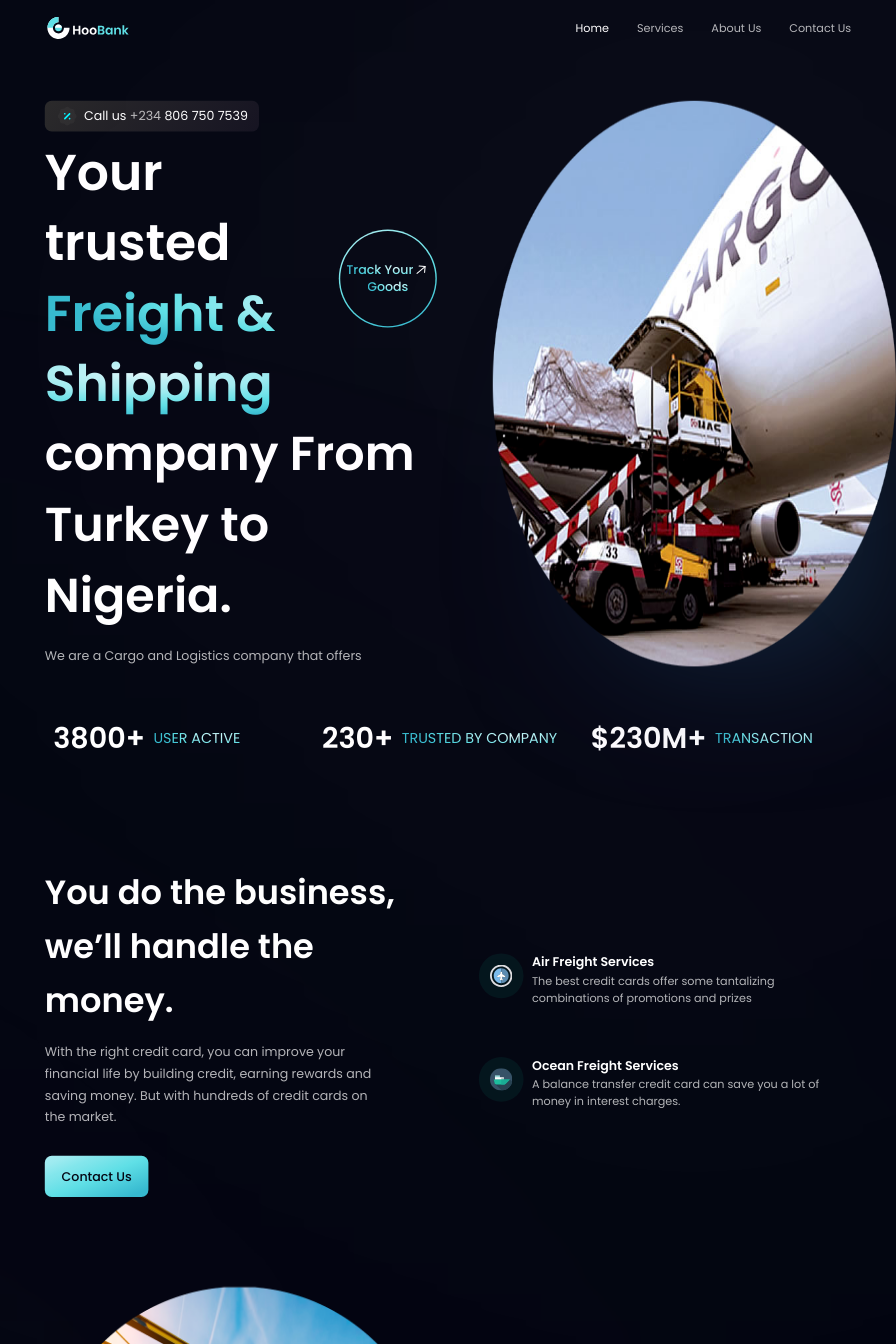
Repository: Miracleoluebube/captionlogistics
Page: /
The author's editor kept a copy of each file at every save. The page is drawn from the files as they stood at one save, then again after a run of saves.
The browser window is 1280 px wide. The pictures show the part of the page from y = 0 to 1920 px (the page is 5255 px tall before and 5286 px after), at 70% of full size.
The project was rebuilt for these pictures with package versions that can differ from the ones it lists, and the page was loaded fresh each time. Also part of the build but not shown: vite.config.js.

Above is the page before, as saved 2022-10-02 12:35:17.

After the next 2 saves:
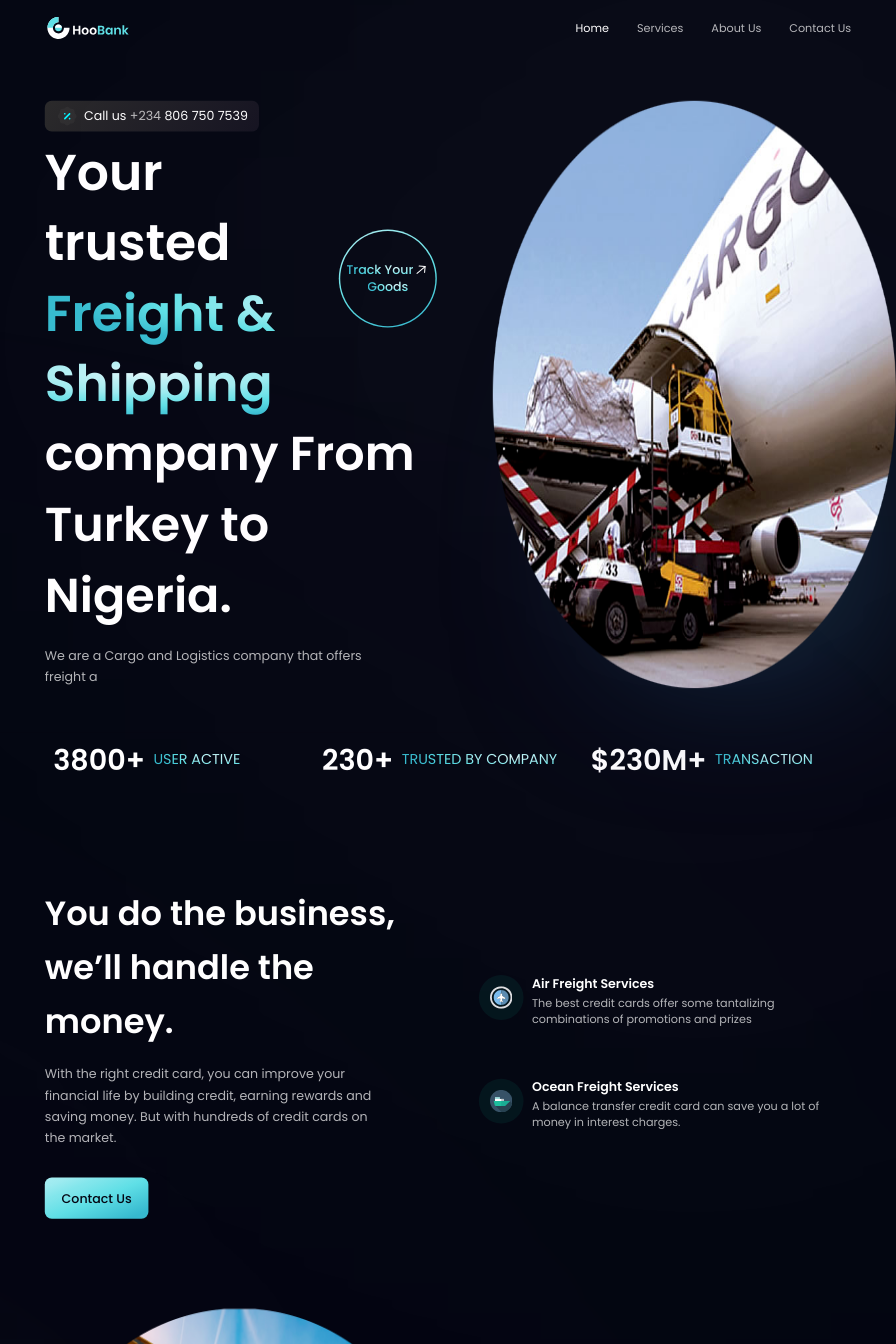
The 2 saves are shown as one change because they came seconds apart.
The last was saved 7 s later.
--- a/src/components/Hero.jsx
+++ b/src/components/Hero.jsx
@@ -28,7 +28,7 @@
   company From Turkey to Nigeria.
         </h1>
         <p className={`${styles.paragraph} max-w-[470px] mt-5`}>
-          We are a Cargo and Logistics company that offers
+          We are a Cargo and Logistics company that offers freight a
         </p>
       </div>
 
